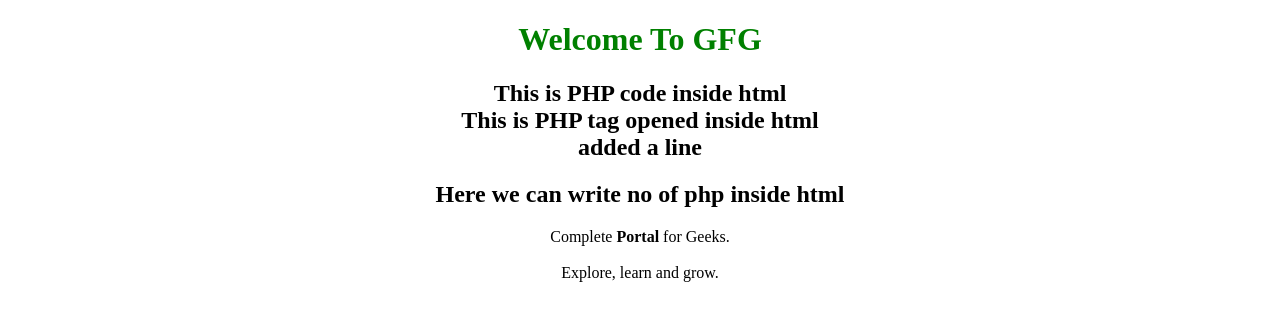
Repository: Sahanaranjith/php_projectgh
Page: http://localhost/example1.php
The author's editor kept a copy of each file at every save. The page is drawn from the files as they stood at one save, then again after a run of saves.
The browser window is 1280 px wide. The pictures show the whole page.
The page is run by PHP 8.4 with error messages shown; the project is at /var/www/html/.

Above is the page before, as saved 2022-12-14 11:12:13.

After the next 5 saves:
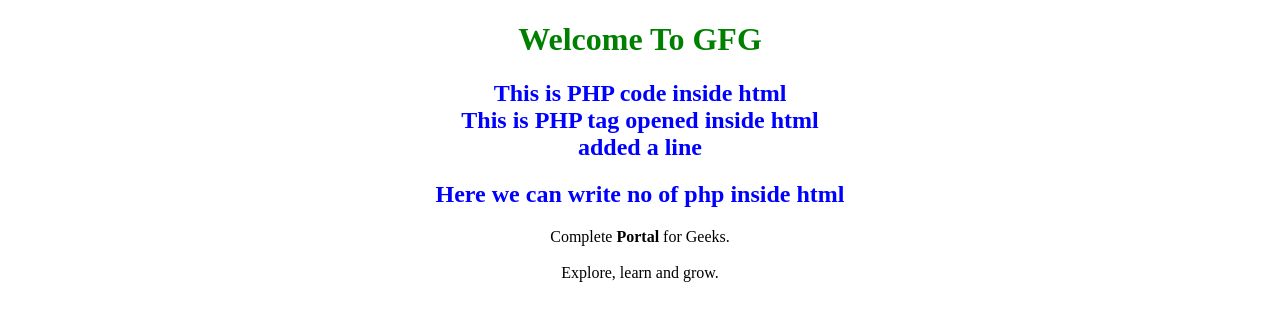
The 5 saves are shown as one change because they came seconds apart.
The last was saved 12 s later.
--- a/example1.php
+++ b/example1.php
@@ -6,7 +6,7 @@
         h1 {
             color: green;
         }
-
+        h2{color: blue;}
     </style>
 </head>
 
